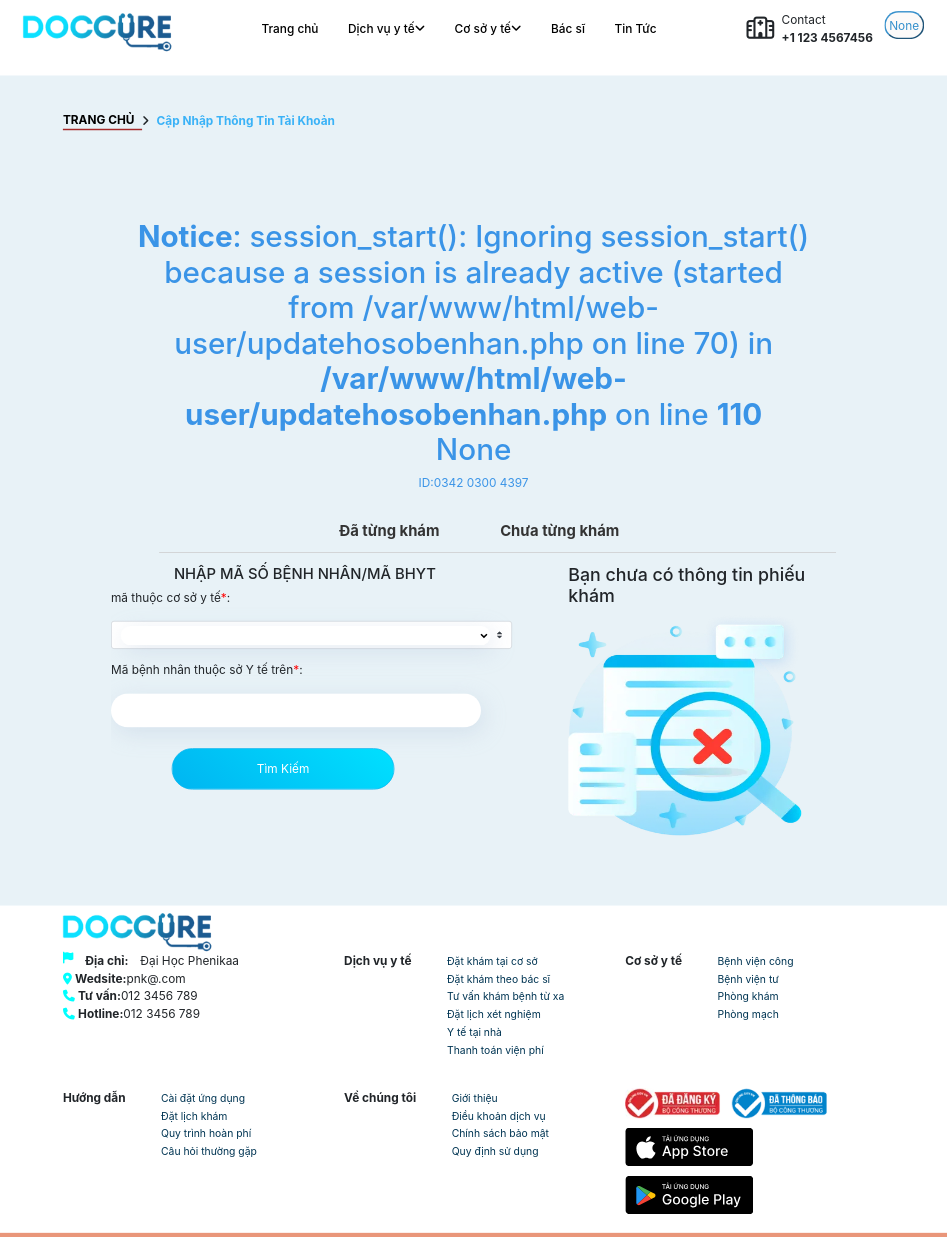
Repository: tuanminhh03/DACS-Complete
Page: http://localhost/web-user/updatehosobenhan.php
An editor plug-in stored every save of this project. The page is shown before and after the next save, followed by the edit.
The browser window is 1280 px wide. The pictures show the whole page, at 74% of full size.
The page is run by PHP 8.4 with error messages shown; the project is at /var/www/html/.

Above is the page before, as saved 2023-11-11 18:05:52.

After the next save:
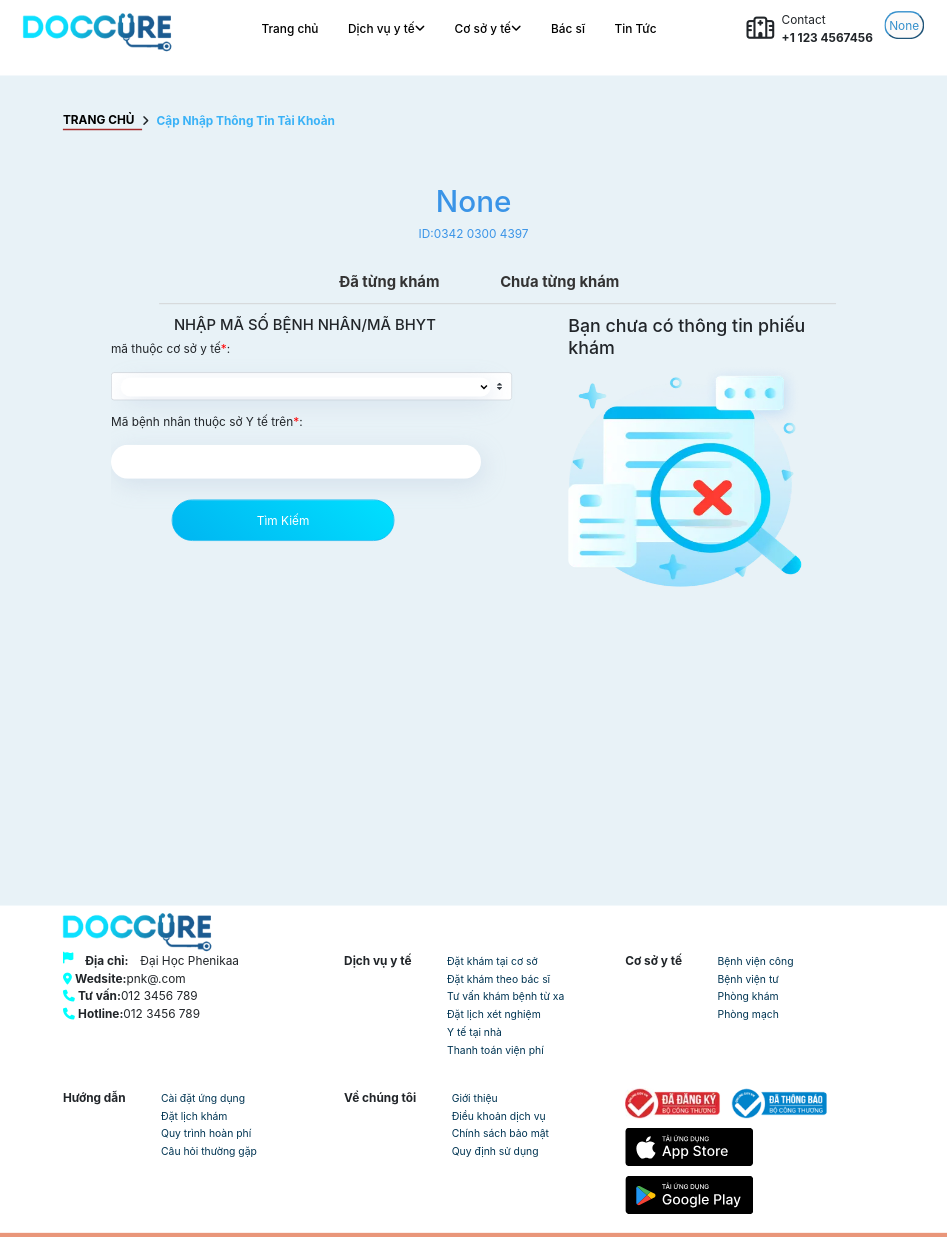
Saved 28 s later.
--- a/web-user/updatehosobenhan.php
+++ b/web-user/updatehosobenhan.php
@@ -107,7 +107,7 @@
                 <div class="text_title m-4" style="text-align: center;color: rgb(58, 148, 231);">
                     <h1>
                         <?php
-                        session_start();
+
                         if (isset($_SESSION["username"])) {
                             echo $_SESSION["username"];
                         } else {
@@ -425,7 +425,7 @@
 
             const selectedButton = document.querySelector(`#${tabId}-btn`);
             selectedButton.classList.add("active");
-    }
+        }
 
     </script>
     <script src="./boostrap/bootstrap.min.js"></script>
